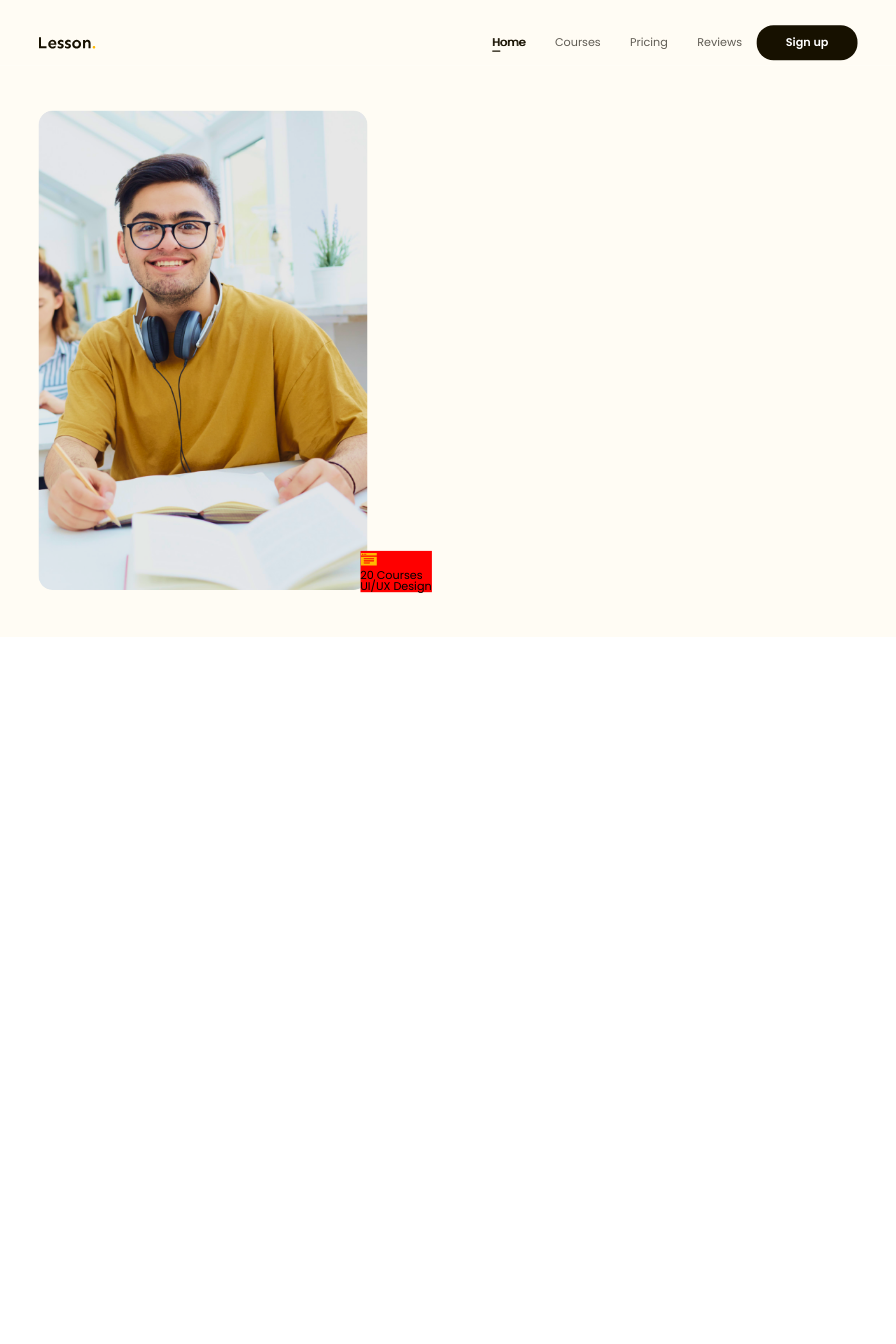
Repository: empty24062002/f8-htmlcss-02
Page: index.html
The author's editor kept a copy of each file at every save. The page is drawn from the files as they stood at one save, then again after the next save.
The browser window is 1280 px wide. The pictures show the part of the page from y = 0 to 1920 px (the page is 5094 px tall), at 70% of full size.

Above is the page before, as saved 2023-07-18 08:51:47.

### index.html
<!DOCTYPE html>
<html lang="en">
    <head>
        <meta charset="UTF-8" />
        <meta name="viewport" content="width=device-width, initial-scale=1.0" />
        <title>F8 Project 02</title>
        <!-- Reset css -->
        <link rel="stylesheet" href="./assets/css/reset.css" />
        <!-- Embed font -->
        <link rel="preconnect" href="https://fonts.googleapis.com" />
        <link rel="preconnect" href="https://fonts.gstatic.com" crossorigin />
        <link
            href="https://fonts.googleapis.com/css2?family=Poppins:wght@400;500;600;700&family=Sen:wght@700&display=swap"
            rel="stylesheet"
        />
        <!-- Styles -->
        <link rel="stylesheet" href="./assets/css/styles.css" />
    </head>
    <body>
        <header class="header fixed">
            <div class="main-content">
                <div class="body">
                    <img
                        src="./assets/img/logo.svg"
                        alt="lesson."
                        class="logo"
                    />
                    <!-- nav -->
                    <nav class="nav">
                        <ul>
                            <li class="active">
                                <a href="">Home</a>
                            </li>
                            <li>
                                <a href="">Courses</a>
                            </li>
                            <li>
                                <a href="">Pricing</a>
                            </li>
                            <li>
                                <a href="">Reviews</a>
                            </li>
                        </ul>
                    </nav>
                    <div class="action">
                        <a href="#!" class="btn sign-up-btn">Sign up</a>
                    </div>
                </div>
            </div>
        </header>
        <main style="height: 5000px">
            <!-- Hero -->
            <div class="hero">
                <div class="main-content">
                    <div class="hero-body">
                        <!-- Left -->
                        <div class="media-block">
                            <img
                                src="./assets/img/media-block.png"
                                alt="Learn without limits and spread knowledge."
                                class="img"
                            />

                            <div class="hero-summary">
                                <div class="item">
                                    <div class="icons">
                                        <img
                                            src="./assets/icons/icon1.svg"
                                            alt=""
                                        />
                                    </div>
                                    <div class="info">
                                        <p class="lable">20 Courses</p>
                                        <p class="title">UI/UX Design</p>
                                    </div>
                                </div>
                            </div>
                        </div>
                    </div>
                </div>
            </div>
        </main>
    </body>
</html>

### assets/css/styles.css
* {
    box-sizing: border-box;
}

:root {
    --font-heading: Sen, sans-serif;
}

html {
    font-size: 62.5%;
}

body {
    font-size: 1.6rem;
    font-family: "Poppins", sans-serif;
}

/* Common */
a {
    text-decoration: none;
}

.main-content {
    width: 1170px;
    max-width: calc(100% - 48px);
    margin-left: auto;
    margin-right: auto;
}

.btn {
    display: inline-block;
    min-width: 118px;
    padding: 0 16px;
    font-size: 1.6rem;
    font-weight: 600;
    line-height: 50px;
    border-radius: 24px;
    background: #171100;
    text-align: center;
    color: #fff;
}

/* Header */
.header {
    background: #fffcf4;
}

.header .fixed {
    position: sticky;
    top: -28px;
    z-index: 1;
}

.header .body {
    display: flex;
    align-items: center;
    padding: 36px 0 8px;
}

.nav {
    margin-left: auto;
}

.nav ul {
    display: flex;
}

.nav a {
    position: relative;
    padding: 8px 21px;
    color: #5f5b53;
    font-size: 1.6rem;
}

.nav a:hover,
.nav li.active a {
    /* font-weight: 600; */
    text-shadow: 1px 0 0 currentColor;
    color: #171100;
}

.nav li.active a::after {
    position: absolute;
    content: "";
    bottom: 6px;
    left: 21px;
    width: 12px;
    height: 2px;
    border-radius: 1px;
    background: #171100;
}

.header .sign-up-btn {
    min-width: 144px;
}

/* Hero */
.hero {
    padding: 64px 0;
    background-color: #fffcf4;
}

.hero .media-block {
    position: relative;
    width: 48%;
}

.hero .media-block .img {
    width: 470px;
    height: 685px;
    object-fit: cover;
    border-radius: 20px;
}

.hero .hero-summary {
    position: absolute;
    right: 0;
    bottom: 0;
    background-color: red;
}

Loaded but not shown: assets/css/reset.css (common file)

After the next save:
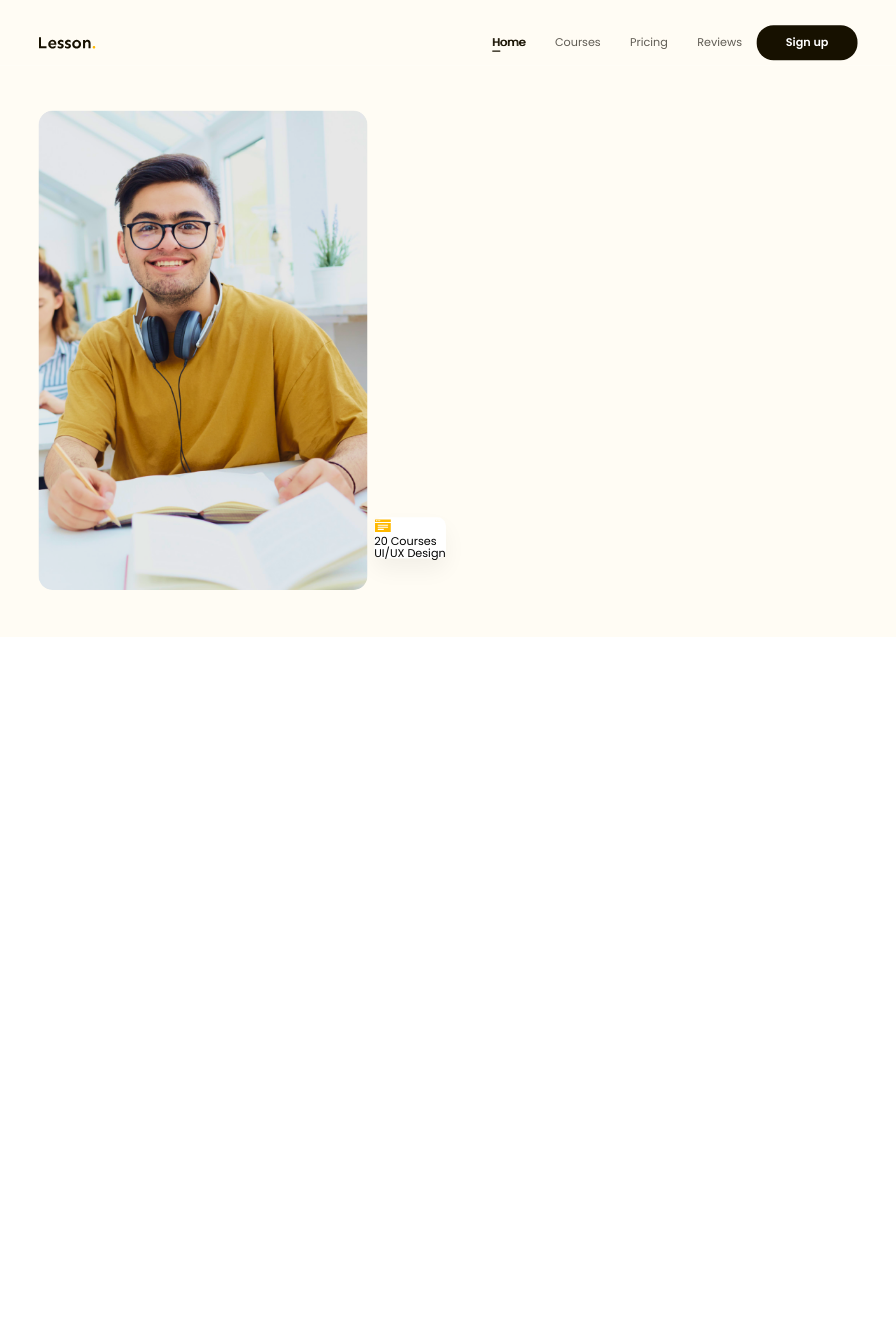
Saved 2 min 4 s later.
--- a/assets/css/styles.css
+++ b/assets/css/styles.css
@@ -114,7 +114,9 @@
 
 .hero .hero-summary {
     position: absolute;
-    right: 0;
-    bottom: 0;
-    background-color: red;
+    right: -20px;
+    bottom: 48px;
+    border-radius: 12px;
+    background: #fff;
+    box-shadow: 0px 16px 32px 0px rgba(0, 0, 0, 0.05);
 }
